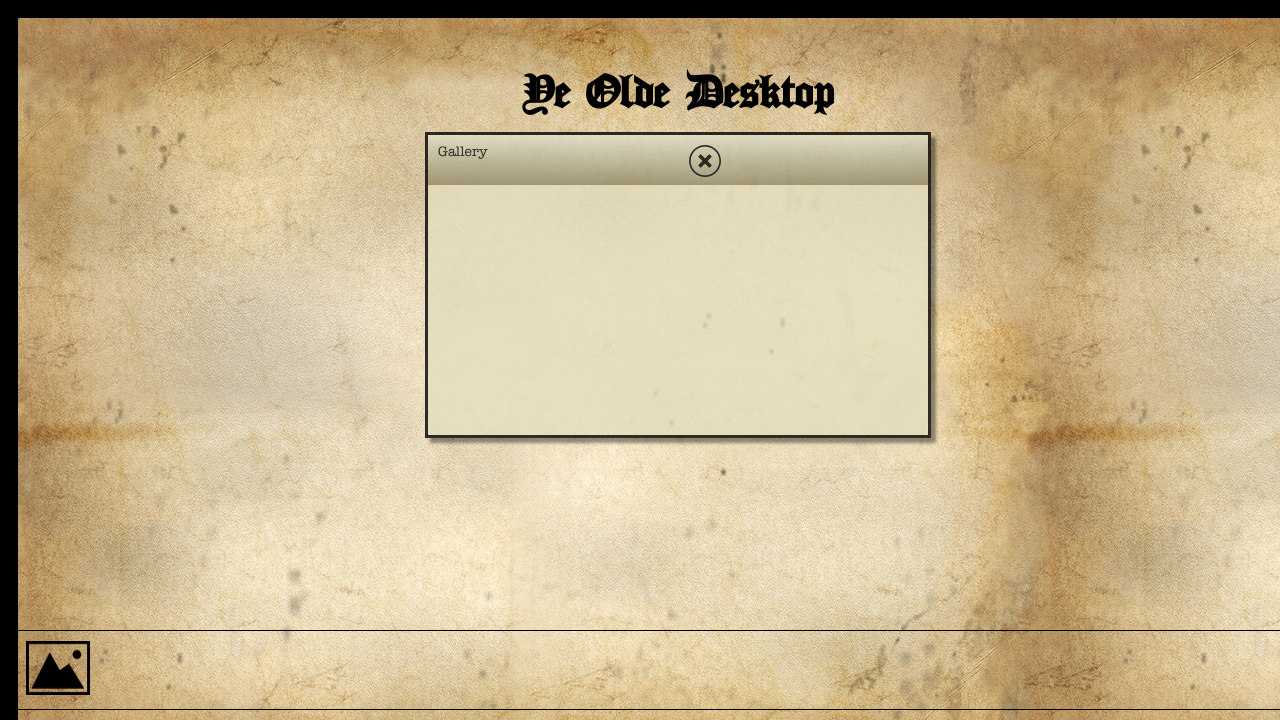
Repository: ma223md/1dv403-laborationer
Page: 5-pwd/index.html
The author's editor kept a record of every edit. The page is drawn from the files as they stood at one moment, then again after the next edit.
The browser window is 1280 px wide. The pictures show the whole page.
After loading, the first visible `img` was clicked once.
Pictures or frames that could not be fetched are drawn as grey boxes.

Above is the page before.
Console error: TypeError: Failed to execute 'appendChild' on 'Node': parameter 1 is not of type 'Node'.

After the next edit:
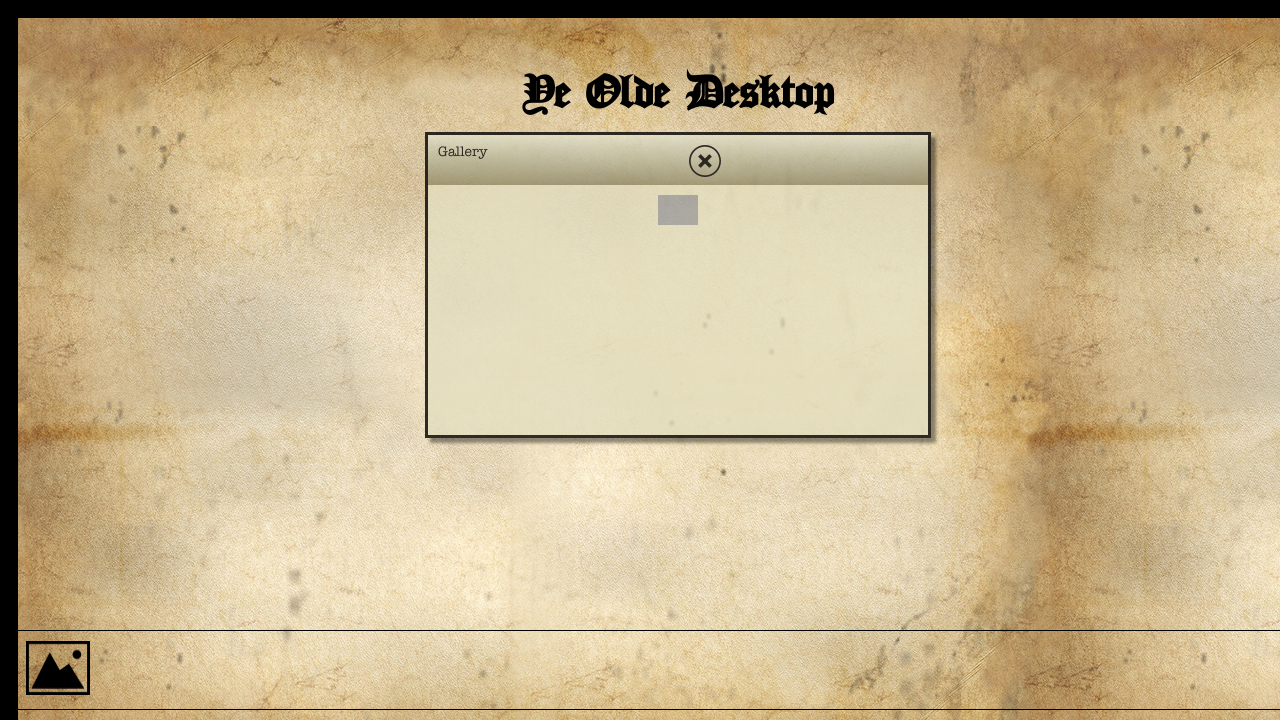
Console error: TypeError: Cannot set properties of null (setting 'onclick')
The edit:
--- a/5-pwd/js/window.js
+++ b/5-pwd/js/window.js
@@ -30,7 +30,7 @@
     var loadingIcon = document.createElement('img');
     loadingIcon.setAttribute('src', 'pics/loading_icon.GIF');
     loadingIcon.setAttribute('class', 'loadingIcon');
-    content.appendChild(this.loadingIcon);
+    content.appendChild(loadingIcon);
 
     // close window when button is clicked
     closeButton.onclick = function(e){
